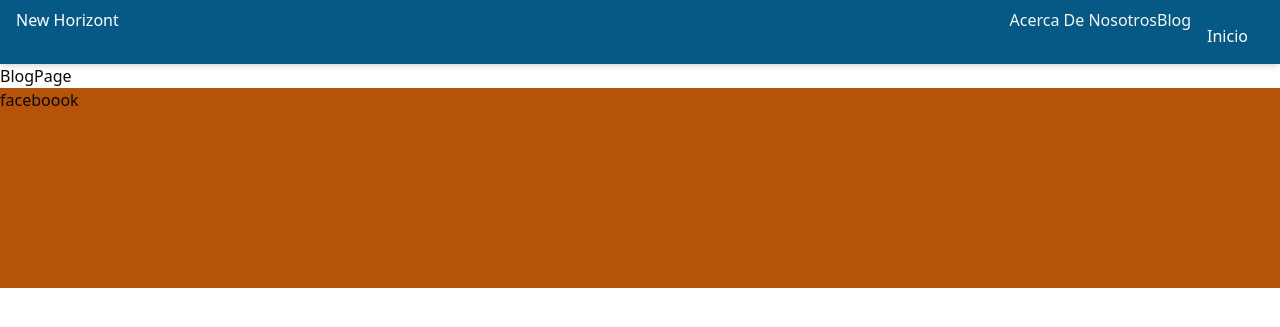
Repository: jefrydep/new-horizont-school
Page: /blog
These files come from the project's save history. The page is drawn as it stood at one moment and after the next save; the edit follows.
The browser window is 1280 px wide. The pictures show the whole page.
The project was rebuilt for these pictures with package versions that can differ from the ones it lists, and the page was loaded fresh each time. The framework's server and built-in components were replaced by stand-ins that run in the browser. Also part of the build but not shown: next.config.ts.

Above is the page before, as saved 2024-11-07 19:55:49.

After the next save:
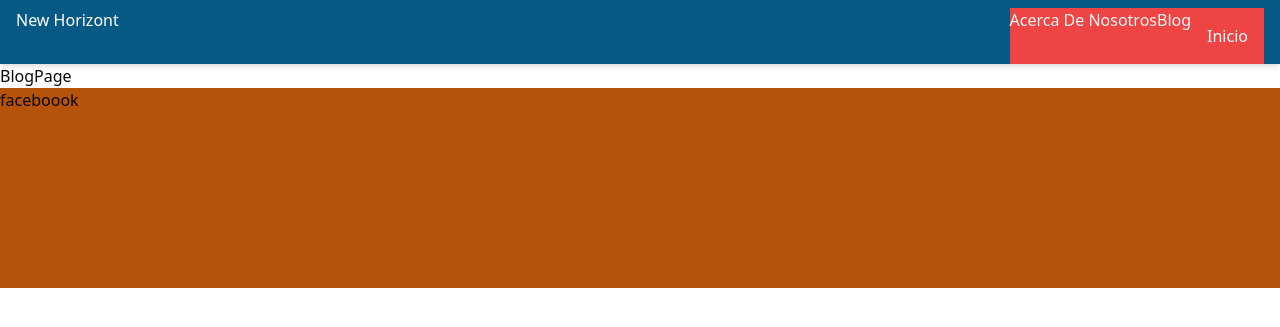
Saved 17 s later.
--- a/src/components/Navbar.tsx
+++ b/src/components/Navbar.tsx
@@ -10,7 +10,7 @@ export default function Navbar() {
     <header className="bg-sky-800 shadow-md h-16">
       <div className="flex justify-between  m-auto container px-4 py-2">
         <div className="text-white">New Horizont</div>
-        <nav className="outline-none hidden  sm:flex list-none">
+        <nav className="outline-none hidden bg-red-500  sm:flex list-none">
           <li className="text-secondary">
             <Link href={"/about"}>Acerca De Nosotros</Link>
           </li>
